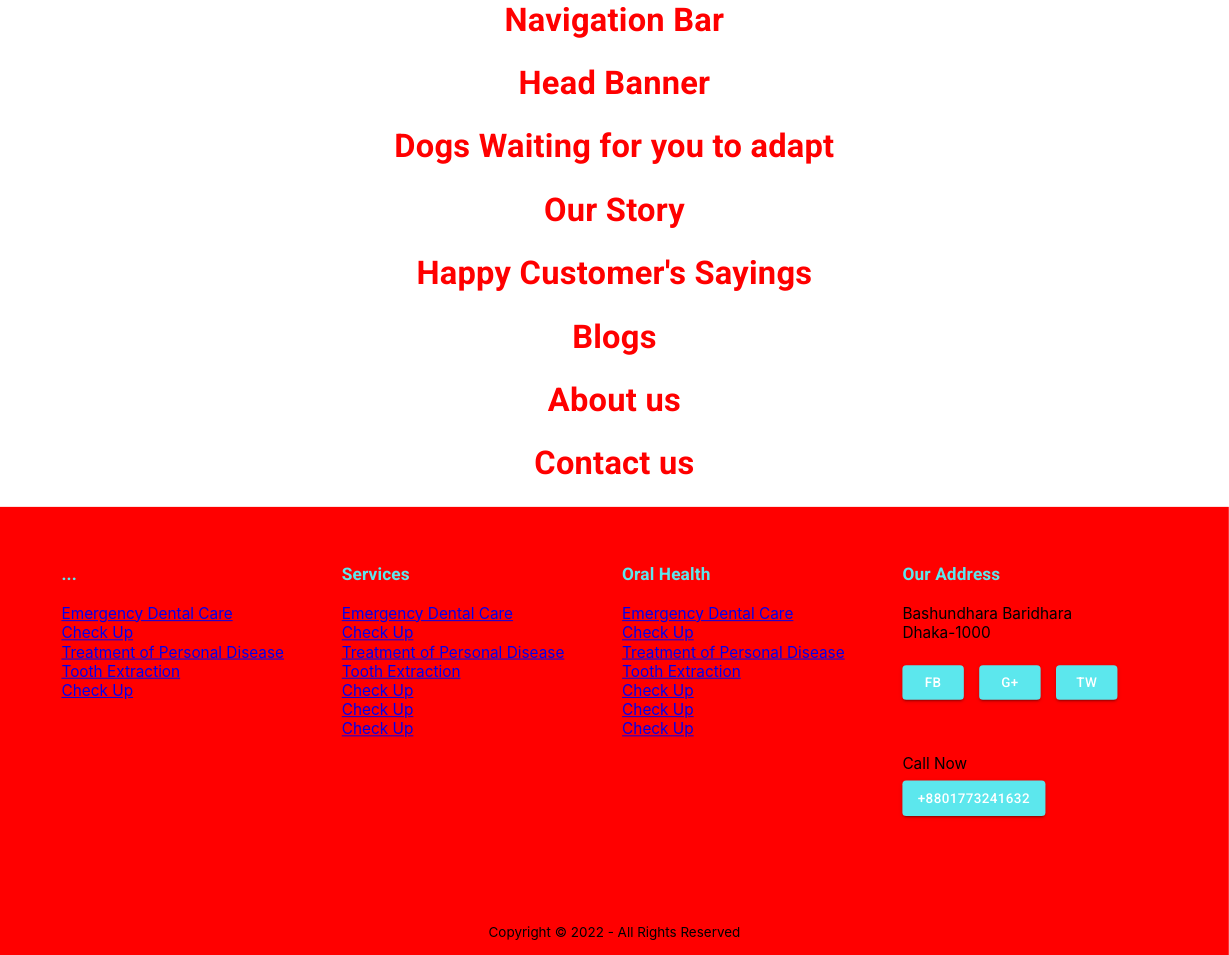
Repository: Sharif-00112/dogos-paradise-client
Page: /
These files come from the project's save history. The page is drawn as it stood at one moment and after the next save; the edit follows.
The browser window is 1280 px wide. The pictures show the whole page, at 96% of full size.
The project was rebuilt for these pictures with package versions that can differ from the ones it lists, and the page was loaded fresh each time. Also part of the build but not shown: src/Pages/Login/Login/Login.js, src/Pages/Login/Register/Register.js, src/Pages/NotFound/NotFound.js.

Above is the page before, as saved 2022-11-30 22:28:47.

After the next save:
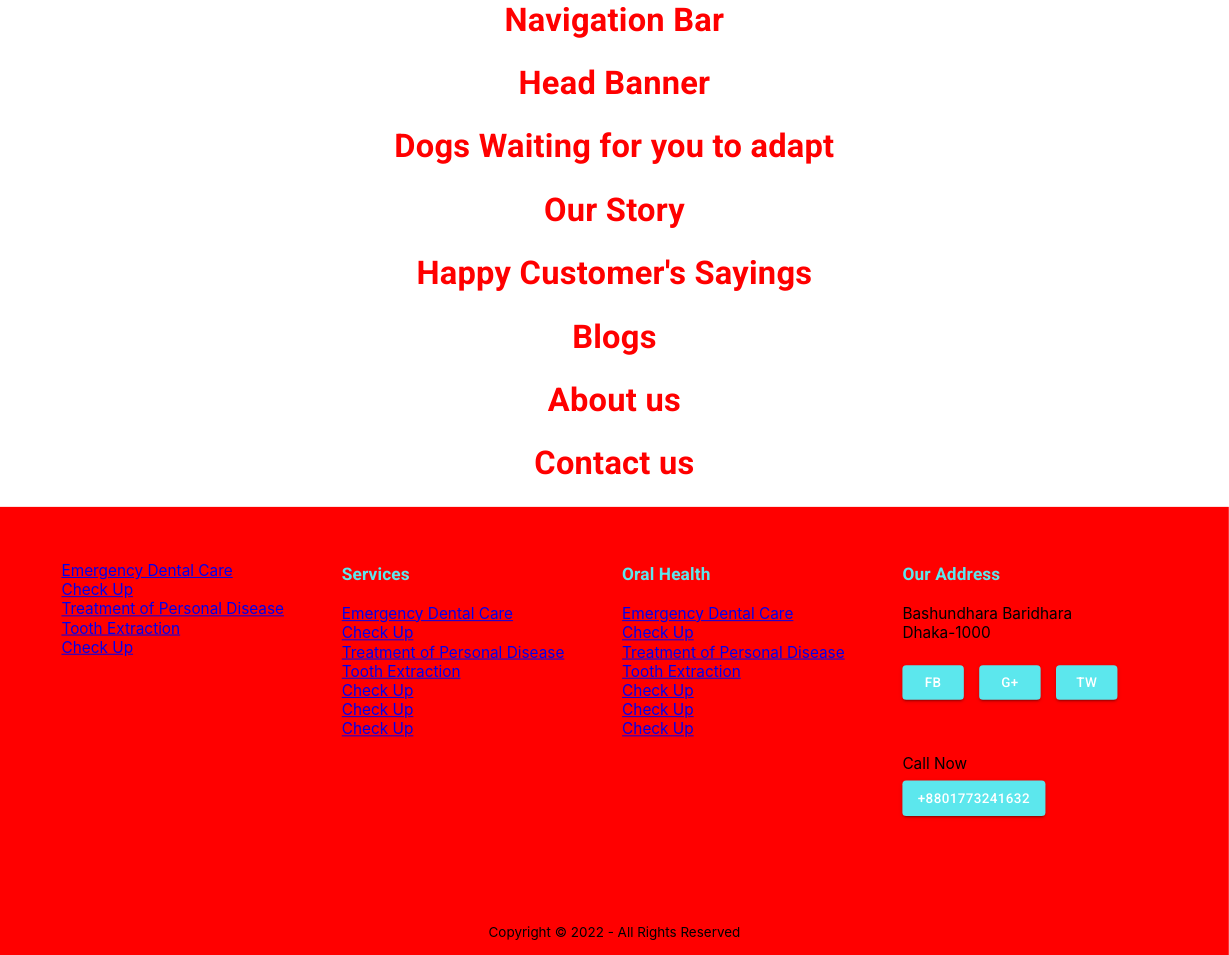
Saved 28 s later.
--- a/src/Pages/Shared/Footer/Footer.js
+++ b/src/Pages/Shared/Footer/Footer.js
@@ -21,7 +21,7 @@
                 <Grid container spacing={2}>
                     <Grid item style={{ textAlign: 'left'}} xs={6} md={3}>
                         <Typography sx={{ my:2, fontSize: 18, fontWeight: 600 }} style={{color: '#5CE7ED'}} variant="h6" component="div">
-                            ...
+                            {''}
                         </Typography>
                         <Link to = '/emergencyDentalCare'>
                             Emergency Dental Care

After the save that followed:
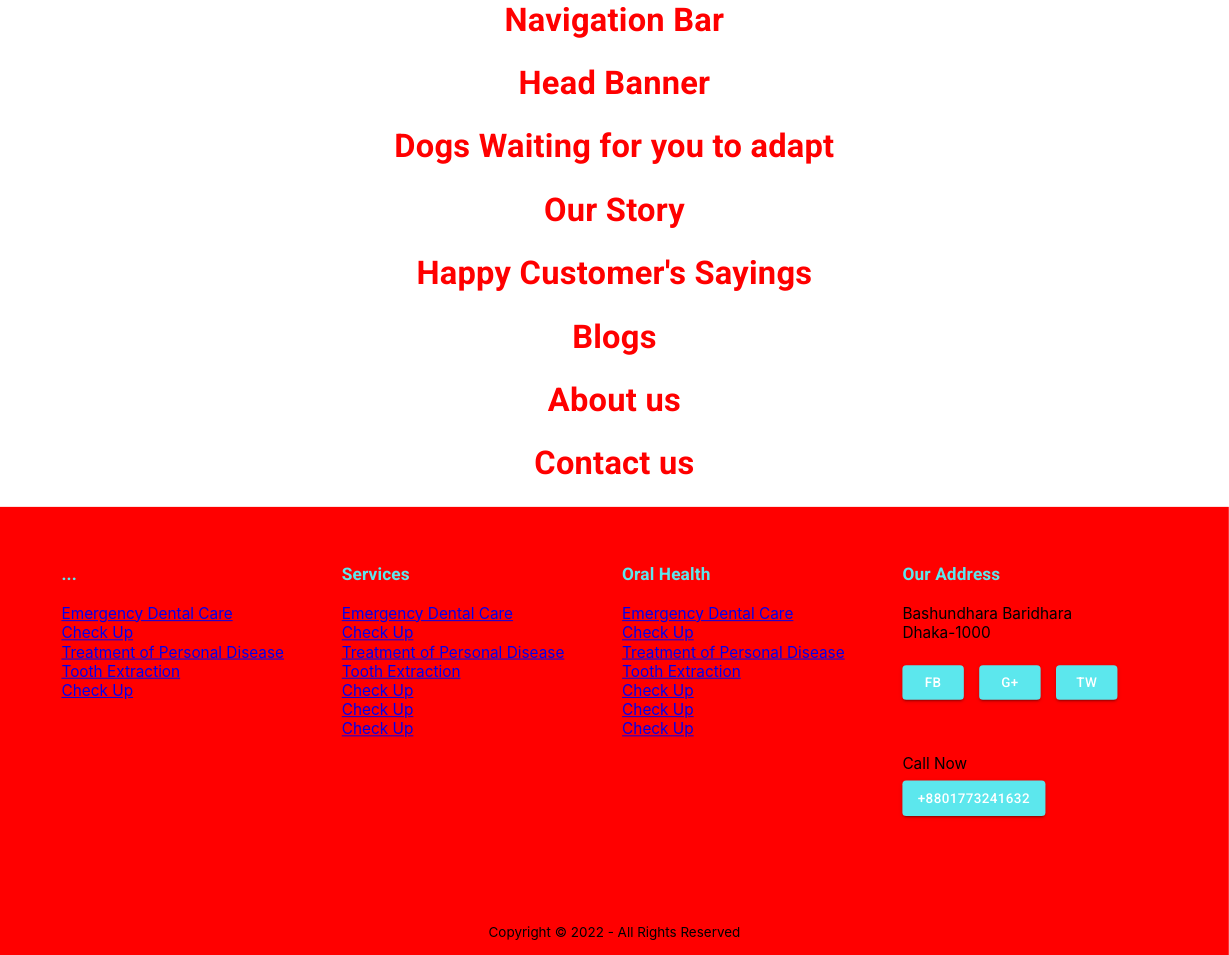
Saved 7 s later.
--- a/src/Pages/Shared/Footer/Footer.js
+++ b/src/Pages/Shared/Footer/Footer.js
@@ -21,7 +21,7 @@
                 <Grid container spacing={2}>
                     <Grid item style={{ textAlign: 'left'}} xs={6} md={3}>
                         <Typography sx={{ my:2, fontSize: 18, fontWeight: 600 }} style={{color: '#5CE7ED'}} variant="h6" component="div">
-                            {''}
+                            ...
                         </Typography>
                         <Link to = '/emergencyDentalCare'>
                             Emergency Dental Care
